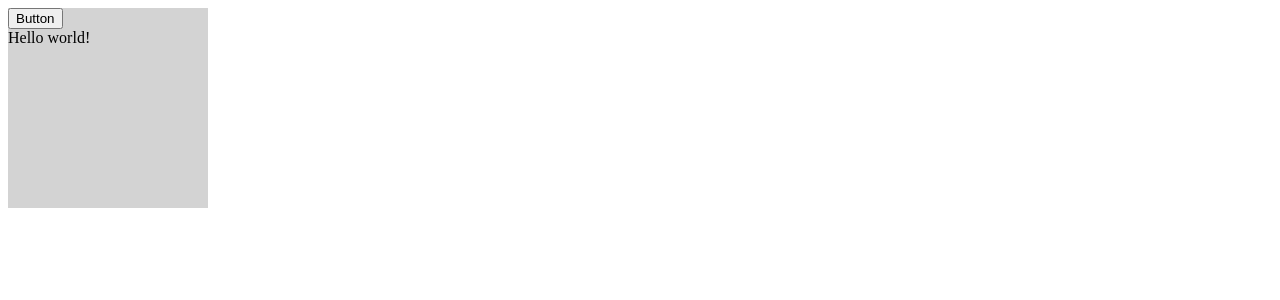
Repository: ezotop/react_ts_props-hook-router-event-req
Page: /
These files come from the project's save history. The page is drawn as it stood at one moment and after the next save; the edit follows.
The browser window is 1280 px wide. The pictures show the whole page.
The page's requests for data from a server got no answer. The project was rebuilt for these pictures with package versions that can differ from the ones it lists, and the page was loaded fresh each time. No one was signed in, and anything a server would have sent is missing. Also part of the build but not shown: src/component/TodoItem.tsx, src/component/UserItem.tsx.

Above is the page before, as saved 2021-04-28 22:50:05.

After the next save:
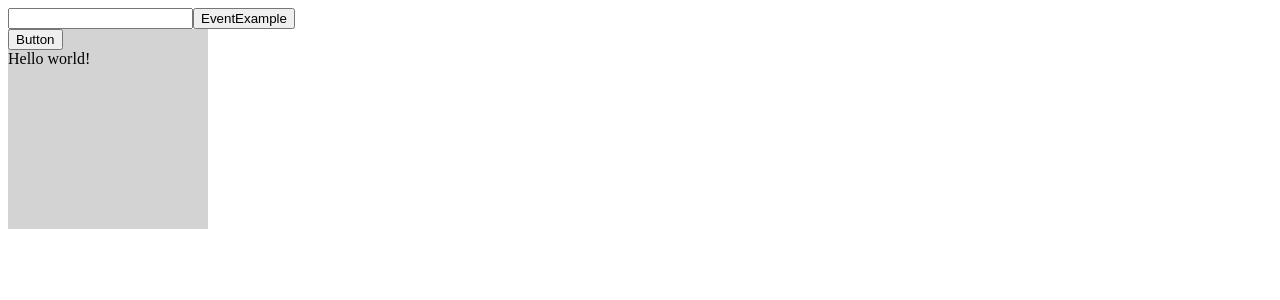
Saved 2 s later.
--- a/src/App.tsx
+++ b/src/App.tsx
@@ -1,6 +1,7 @@
 import axios from 'axios';
 import React, { useEffect, useState } from 'react';
 import Card, { CardVariant } from './component/Card';
+import EventsExample from './component/EventsExample';
 import List from './component/List';
 import TodoItem from './component/TodoItem';
 import UserItem from './component/UserItem';
@@ -37,6 +38,7 @@ const App = () => {
 
     return (
         <div>
+            <EventsExample/>
             <Card
                 onClick={(num) => console.log('Click', num)}
                 variant={CardVariant.primary}
